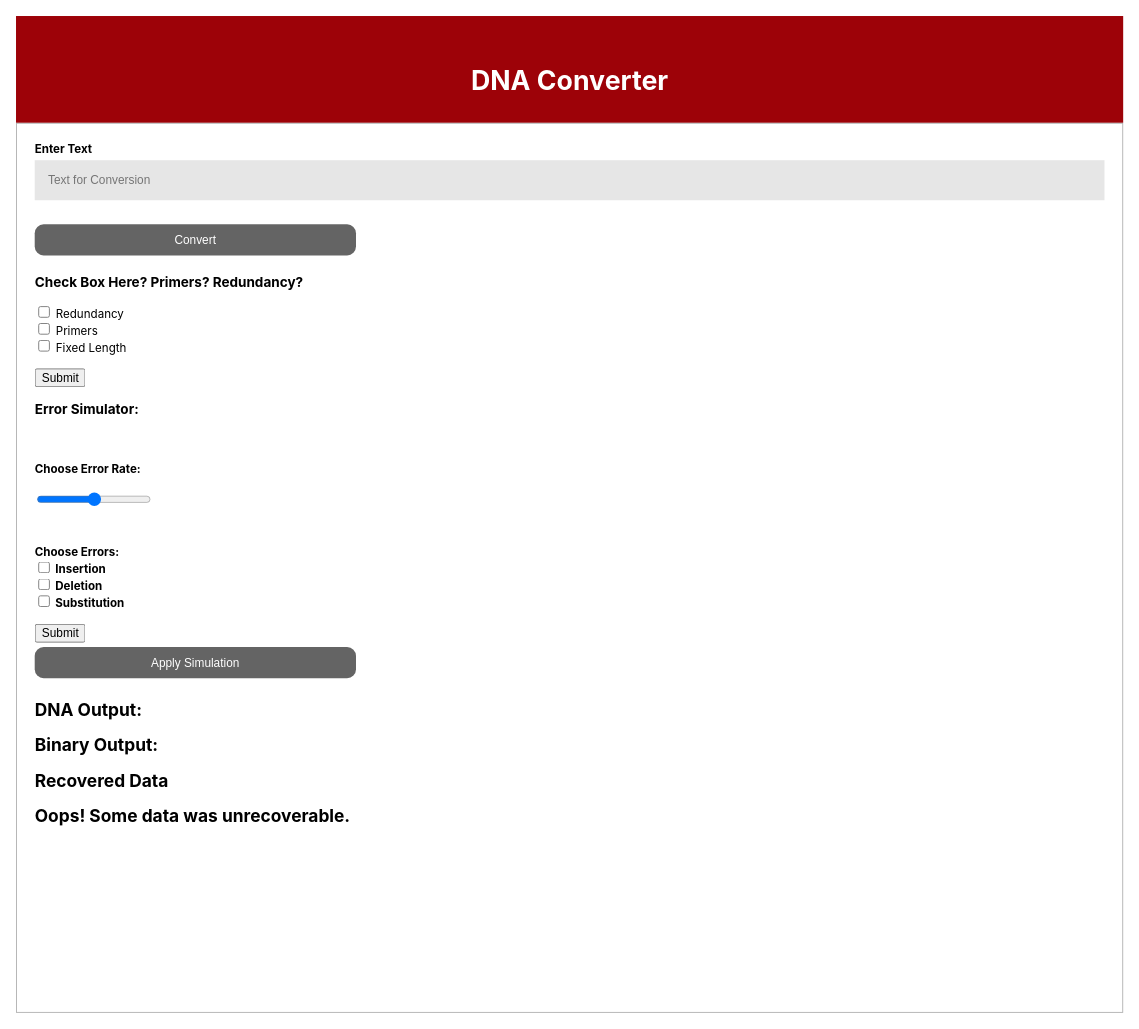
Repository: komalharjani/MSc-Thesis-DNA-Storage
Page: index.html
These files come from the project's save history. The page is drawn as it stood at one moment and after the next save; the edit follows.
The browser window is 1280 px wide. The pictures show the whole page, at 89% of full size.

Above is the page before, as saved 2020-08-16 22:04:30.

After the next save:
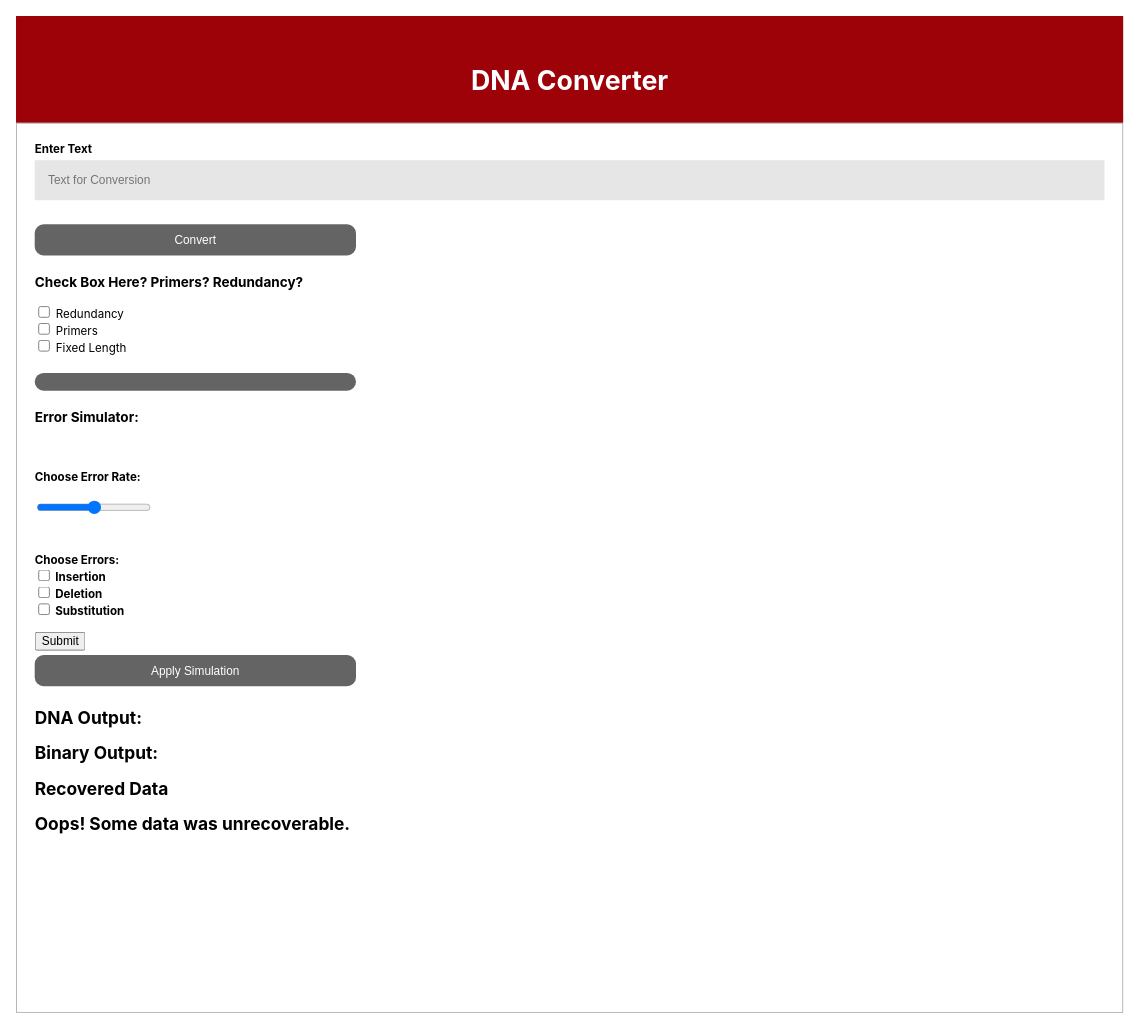
Saved 42 s later.
--- a/index.html
+++ b/index.html
@@ -26,7 +26,7 @@
                 <label for="vehicle2"> Primers </label><br>
                 <input type="checkbox" id="vehicle3" name="vehicle3" value="Boat">
                 <label for="vehicle3"> Fixed Length</label><br><br>
-                <input type="submit" value="Submit">
+                <button value="Submit"></button>
             </form>
 
             <h3>Error Simulator:</h3><br>
